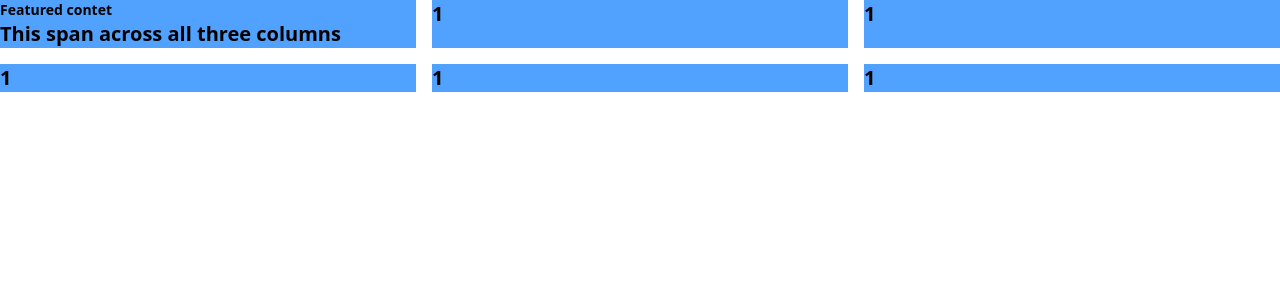
Repository: Abdulahi338/TailwindCss-exercise
Page: Exercise2/index.html
An editor plug-in stored every save of this project. The page is shown before and after the next save, followed by the edit.
The browser window is 1280 px wide. The pictures show the whole page.

Above is the page before, as saved 2025-07-27 11:08:47.

After the next save:
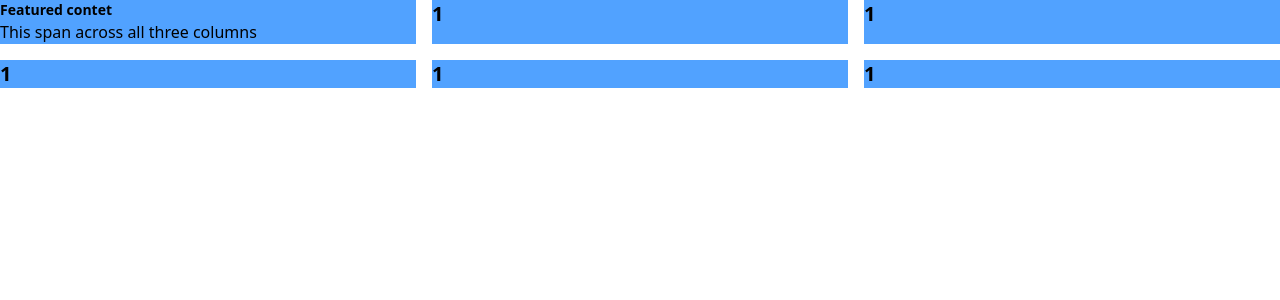
Saved 10 s later.
--- a/Exercise2/index.html
+++ b/Exercise2/index.html
@@ -10,7 +10,7 @@
 <body>
 
     <div class="grid grid-cols-3 gap-4">
-        <div class="text-xl font-semibold bg-blue-400">
+        <div class=" bg-blue-400">
             <h1 class="font-semibold text-sm">Featured contet</h1>
             <p clas>This span across all three columns </p>
         </div>
